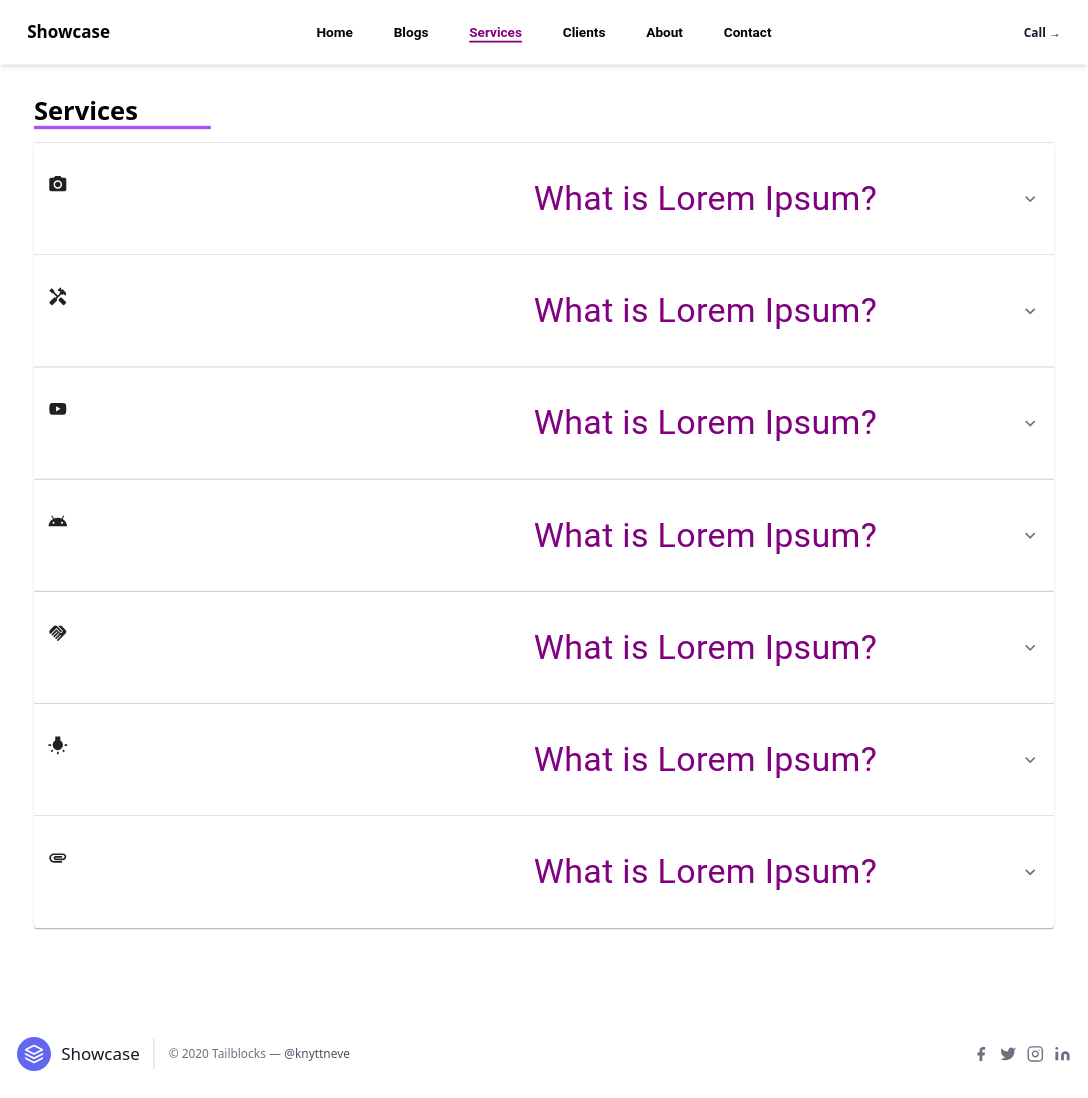
Repository: prashant523580/showcase
Page: /services
The author's editor kept a copy of each file at every save. The page is drawn from the files as they stood at one save, then again after the next save.
The browser window is 1280 px wide. The pictures show the whole page, at 85% of full size.
The project was rebuilt for these pictures with package versions that can differ from the ones it lists, and the page was loaded fresh each time. The framework's server and built-in components were replaced by stand-ins that run in the browser. Also part of the build but not shown: next.config.js.

Above is the page before, as saved 2023-03-25 18:34:45.

After the next save:
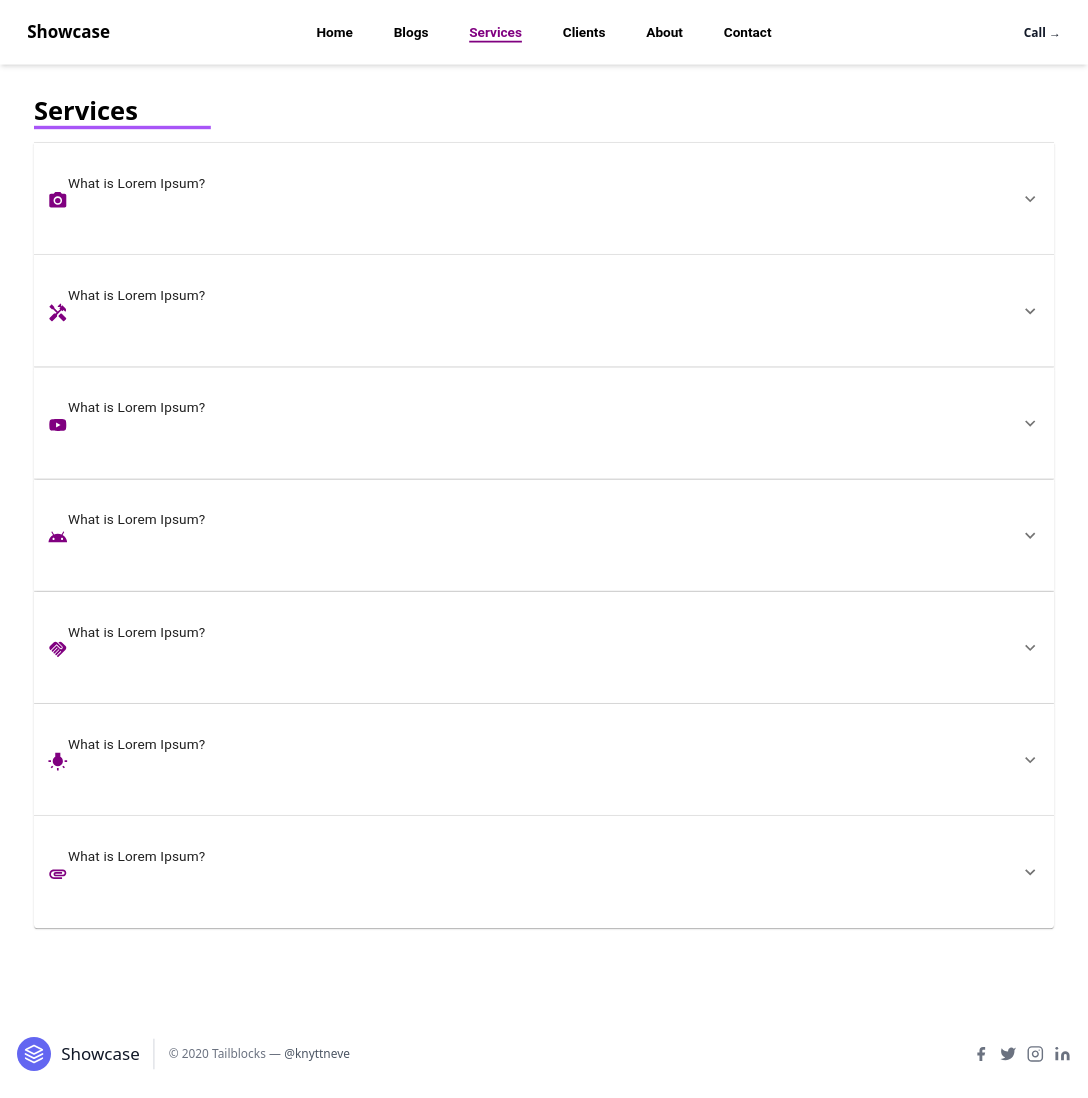
Saved 29 s later.
--- a/src/pages/services.tsx
+++ b/src/pages/services.tsx
@@ -87,10 +87,10 @@ export default function Sercices() {
                                     justifyContent:"center"
                                 }}
                             >
-                                <Typography sx={{ width: '50%', flexShrink: 0 }}>
+                                <Typography sx={{  color: 'purple', fontSize: 40 }}>
                                     {service.icon}
                                 </Typography>
-                                <Typography sx={{ color: 'purple', fontSize: 40 }}>{service.label}</Typography>
+                                <Typography sx={{width: '50%', flexShrink: 0 }}>{service.label}</Typography>
                             </AccordionSummary>
                             <AccordionDetails>
                                 <Typography>
